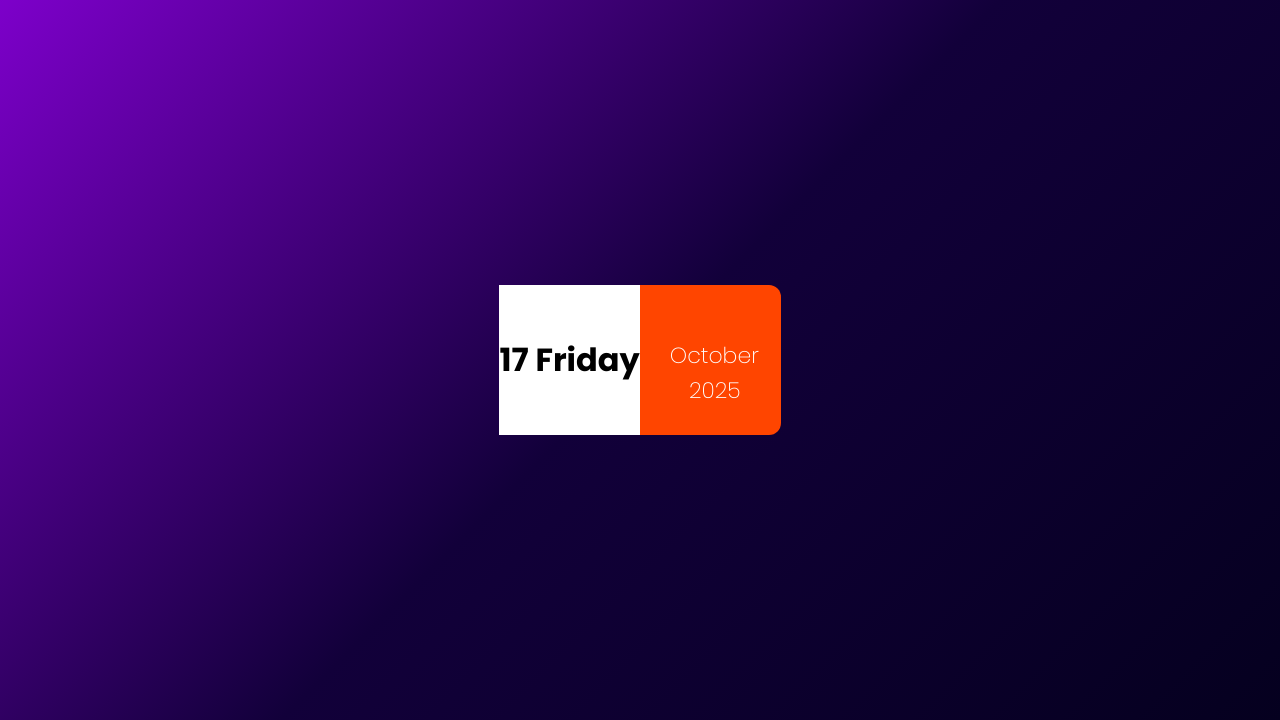
Repository: Ankitkr2021/Calendar
Page: index.html
These files come from the project's save history. The page is drawn as it stood at one moment and after the next save; the edit follows.
The browser window is 1280 px wide. The pictures show the whole page.

Above is the page before, as saved 2025-10-17 19:31:19.

### index.html
<!DOCTYPE html>
<html lang="en">
<head>
    <meta charset="UTF-8">
    <meta name="viewport" content="width=device-width, initial-scale=1.0">
    <title>Document</title>
    <link rel="stylesheet" href="./style.css">
</head>
<body>
    <div class="box">
        <div class="date"><h1>17 Friday</h1></div>
        <div class="month">
            <div class="mon">October</div>
            <div class="year">2025</div>
        </div>
    </div>
</body>
</html>

### style.css
@import url('https://fonts.googleapis.com/css2?family=Poppins:wght@100;200;300;400;500;600;700;800;900&display=swap');

*{
    margin: 0;
    padding: 0;
    box-sizing: border-box;
    font-family: "Poppins",sans-serif;
}

.box {
    display: flex;
    align-items: center;
    justify-content: center;
    height: 100vh;
    background: linear-gradient(135deg, #7d00ca, #12003a 50%, #05001f 100%);
    color: #fff;
}

.date {
    background: #fff;
    color: #000;
    height: 150px;
    display: flex;
    align-items: center;
    justify-content: center;

}

.mon {
    /* display: flex;
    align-items: center;
    justify-content: center; */
    position: relative;
    left: 30px;
    top: 5px;
    font-size: 22px;
    font-weight: 200;
    margin-bottom: 20px;
}

.year {
    /* background: #fff; */
    position: relative;
    right: 40px;
    top: 30px;
     font-size: 22px;
    font-weight: 200;
}

.month{
    background: orangered;
    height: 150px;
    display: flex;
    align-items: center;
    justify-content: center;
    border-top-right-radius: 12px;
    border-bottom-right-radius: 12px;

}

After the next save:
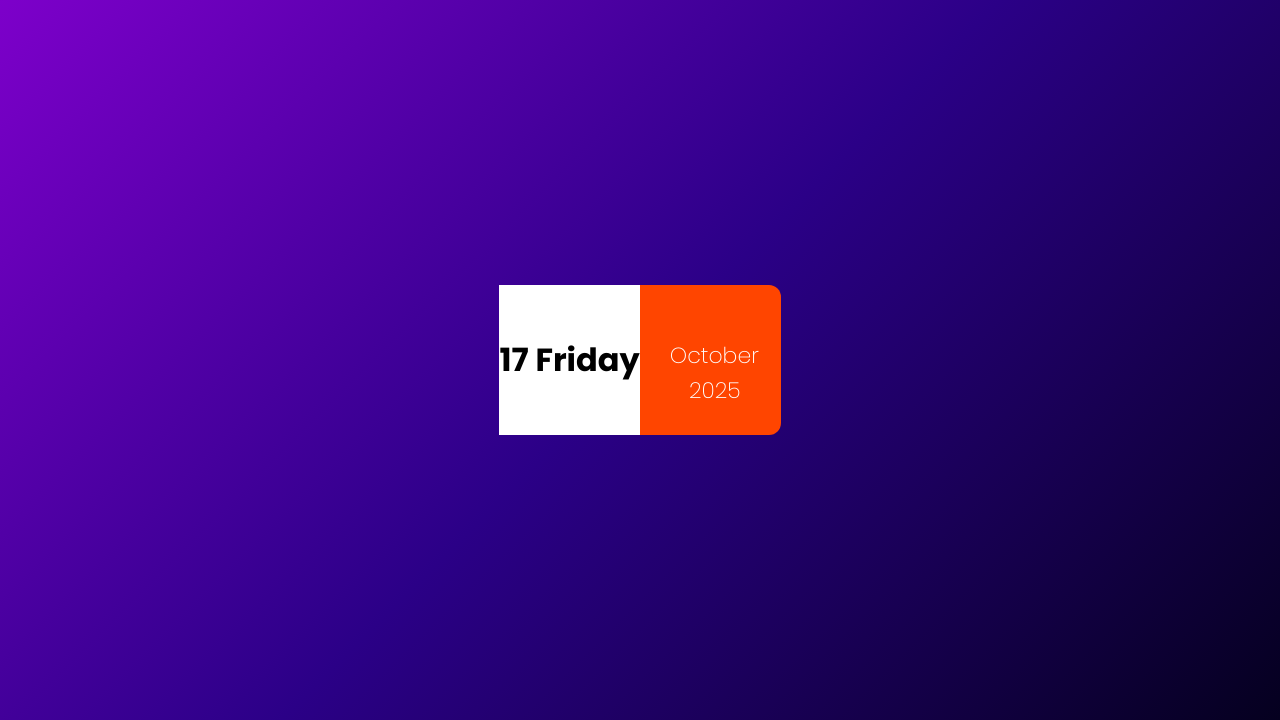
Saved 6 s later.
--- a/style.css
+++ b/style.css
@@ -12,7 +12,7 @@
     align-items: center;
     justify-content: center;
     height: 100vh;
-    background: linear-gradient(135deg, #7d00ca, #12003a 50%, #05001f 100%);
+    background: linear-gradient(135deg, #7d00ca, #2b0087 50%, #05001f 100%);
     color: #fff;
 }
 
